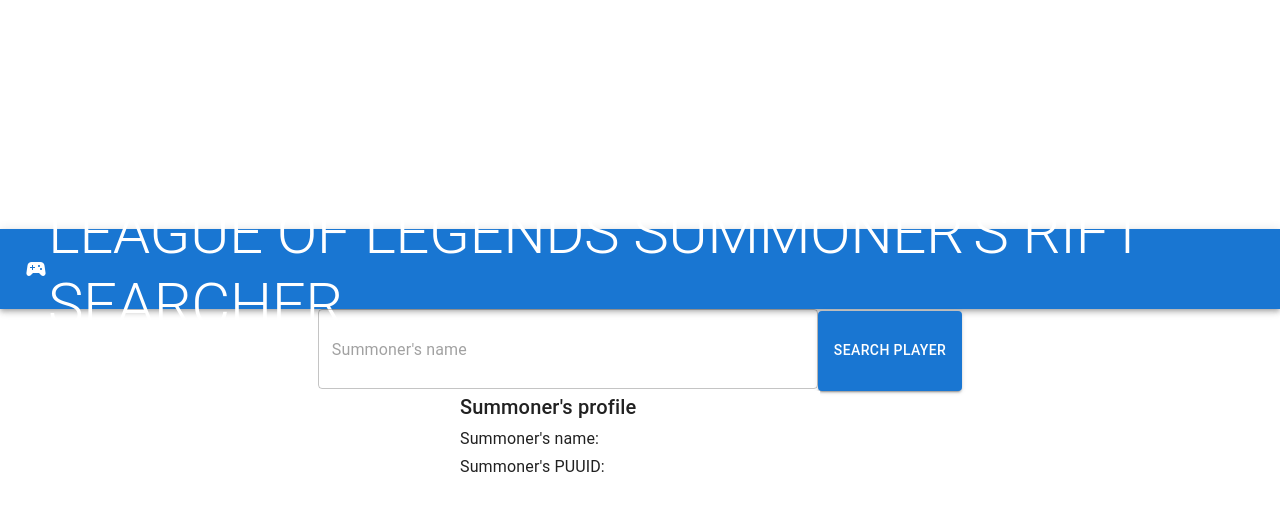
Repository: Mikerr21/League-Of-Legends-API
Page: /
The author's editor kept a copy of each file at every save. The page is drawn from the files as they stood at one save, then again after the next save.
The browser window is 1280 px wide. The pictures show the whole page.
The page's requests for data from a server got no answer. The project was rebuilt for these pictures with package versions that can differ from the ones it lists, and the page was loaded fresh each time. No one was signed in, and anything a server would have sent is missing.

Above is the page before, as saved 2022-09-24 22:30:05.

### public/index.html
<!DOCTYPE html>
<html lang="en">
  <head>
    <meta charset="utf-8" />
    <link rel="icon" href="%PUBLIC_URL%/favicon.ico" />
    <meta name="viewport" content="width=device-width, initial-scale=1" />
    <meta name="theme-color" content="#000000" />
    <meta
      name="description"
      content="Web site created using create-react-app"
    />
    <link rel="apple-touch-icon" href="%PUBLIC_URL%/logo192.png" />

    <title>React App</title>
  </head>
  <body>
    <noscript>You need to enable JavaScript to run this app.</noscript>
    <div id="root"></div>

  </body>
</html>

### src/App.js
import React from "react";
import axios from "axios";
import { useState } from "react";
import { AppBar } from "@mui/material";
import { Toolbar } from "@mui/material";
import { CssBaseline } from "@mui/material";
import SportsEsportsIcon from "@mui/icons-material/SportsEsports";
import OutlinedInput from "@mui/material/OutlinedInput";

import { Typography } from "@mui/material";
import { Button } from "@mui/material";
import { Box } from "@mui/material";

import ListSubheader from '@mui/material/ListSubheader';
import List from '@mui/material/List';
import ListItemButton from '@mui/material/ListItemButton';
import ListItemIcon from '@mui/material/ListItemIcon';
import ListItemText from '@mui/material/ListItemText';
import Collapse from '@mui/material/Collapse';
import InboxIcon from '@mui/icons-material/MoveToInbox';
import DraftsIcon from '@mui/icons-material/Drafts';
import SendIcon from '@mui/icons-material/Send';
import ExpandLess from '@mui/icons-material/ExpandLess';
import ExpandMore from '@mui/icons-material/ExpandMore';
import StarBorder from '@mui/icons-material/StarBorder';
import Grid from "@mui/material/Grid";

function App() {
  const [searchPlayer, setSearchPlayer] = useState("");
  const [playerData, setPlayerData] = useState({});
  const API_KEY = "c4eb3244-2494-4789-a6a3-47b4f6d5b70a";

  function fetchPlayerData(event) {
    var API_KEY = "RGAPI-e5d7e95c-8a4e-4469-bf42-53bc6d1175b3";
    var API_CALL_STRING =
      "https://euw1.api.riotgames.com/lol/summoner/v4/summoners/by-name/" +
      searchPlayer +
      "?api_key=" +
      API_KEY;
    axios
      .get(API_CALL_STRING)
      .then(function (response) {
        //Success

        setPlayerData(response.data);
      })
      .catch(function (error) {
        //Error
        console.log(error);
      });
  }

  return (
    <div className="App">
      <CssBaseline />

      <Grid
  container
  spacing={0}
  direction="column"
  alignItems="center"
  justifyContent="center"
  style={{ minHeight: '100vh' }}
>
<CssBaseline />
<AppBar position="static">
        <Toolbar variant="dense" style={{ height: "80px" }}>
          <SportsEsportsIcon></SportsEsportsIcon>
          <Typography variant="h2" component="h2">
            LEAGUE OF LEGENDS SUMMONER'S RIFT SEARCHER
          </Typography>
        </Toolbar>
      </AppBar>
      <Box>
        <OutlinedInput
          onChange={(e) => setSearchPlayer(e.target.value)}
          type="text"
          placeholder="Summoner's name"
          style={{ height: "80px", width: "500px" }}
        ></OutlinedInput>
        <Button
          onClick={fetchPlayerData()}
          variant="contained"
          style={{ height: "80px" }}
        >
          Search player
        </Button>
      </Box>
      {JSON.stringify(playerData.data)}

      <List
      sx={{ width: '100%', maxWidth: 360, bgcolor: 'background.paper' }}
      component="nav"
      aria-labelledby="nested-list-subheader"
      subheader={
        <Typography variant="h6">
         Summoner's profile
        </Typography>
      }
    >
      {/* <ListItemButton>
        <ListItemIcon>
          <SendIcon />
        </ListItemIcon>
        <ListItemText primary="Sent mail" />
      </ListItemButton>
      <ListItemButton>
        <ListItemIcon>
          <DraftsIcon />
        </ListItemIcon>
        <ListItemText primary="Drafts" />
      </ListItemButton>
        <List component="div" disablePadding>
          <ListItemButton sx={{ pl: 4 }}>
            <ListItemIcon>
              <StarBorder />
            </ListItemIcon>
            <ListItemText primary="Starred" />
          </ListItemButton>
        </List>
     */}
 <ListItemText>
  <Typography variant="h7">
    Summoner's name:{searchPlayer}
  </Typography>
 </ListItemText>
 <ListItemText>
  <Typography variant="h7">
    Summoner's PUUID:{playerData.puuid}
  </Typography>
 </ListItemText>
 </List>


</Grid>

    </div>
  );
}

export default App;

Loaded but not shown: src/index.js (common file)

After the next save:
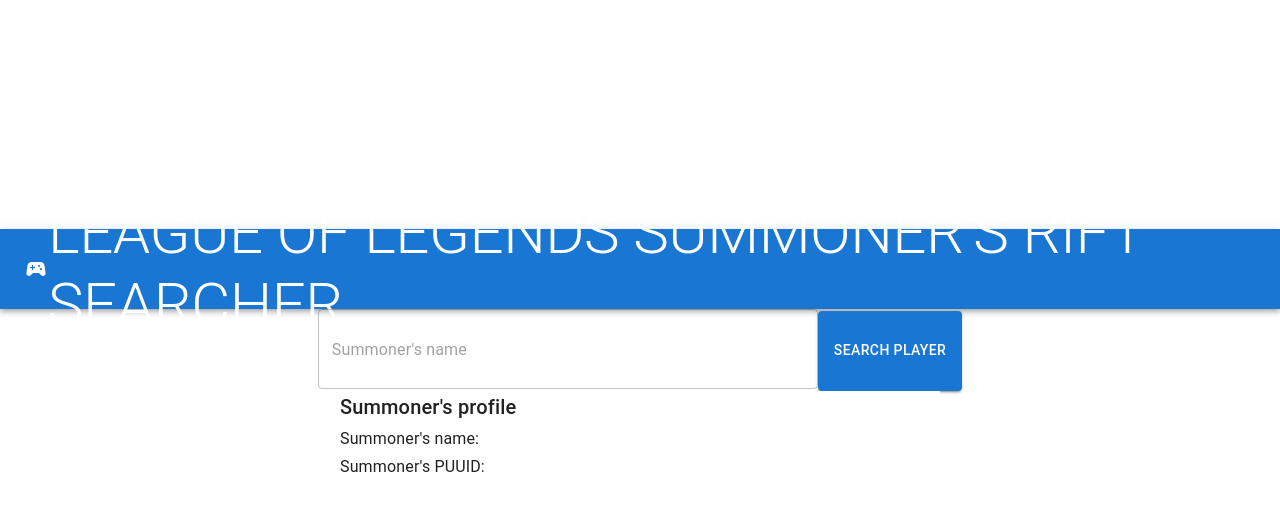
Saved 14 s later.
--- a/src/App.js
+++ b/src/App.js
@@ -89,7 +89,7 @@
       {JSON.stringify(playerData.data)}
 
       <List
-      sx={{ width: '100%', maxWidth: 360, bgcolor: 'background.paper' }}
+      sx={{ width: '100%', maxWidth: 600, bgcolor: 'background.paper' }}
       component="nav"
       aria-labelledby="nested-list-subheader"
       subheader={
